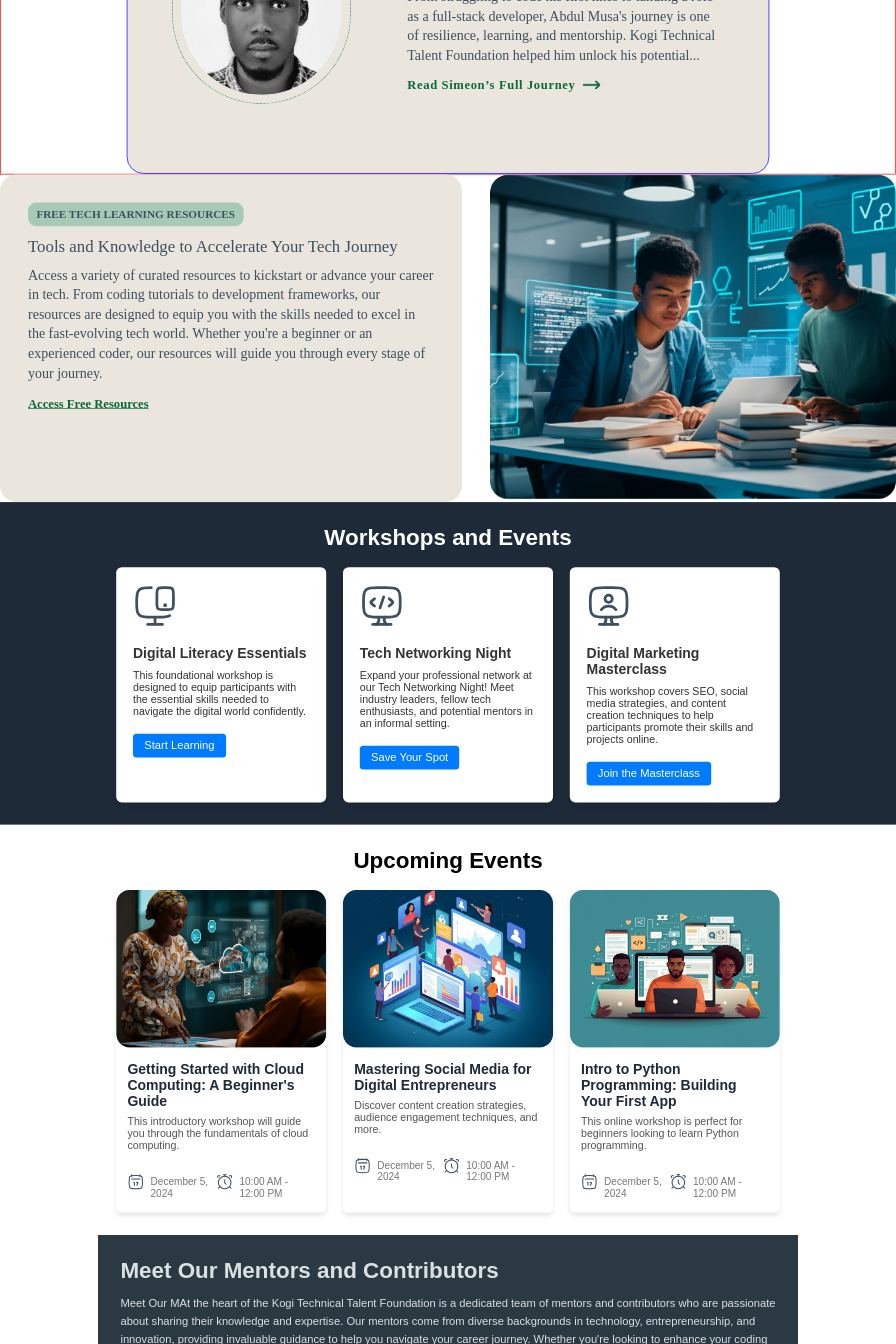
Repository: Cryptim/3MTT-Kogi-Foundation
Page: index.html
These files come from the project's save history. The page is drawn as it stood at one moment and after a run of saves; the edit follows.
The browser window is 1280 px wide. The pictures show the part of the page from y = 825 to 2745 px (the page is 7211 px tall before and 8065 px after), at 70% of full size.

Above is the page before, as saved 2024-11-15 02:25:03.

### index.html
<!DOCTYPE html>
<html lang="en">
  <head>
    <meta charset="UTF-8" />
    <meta name="viewport" content="width=device-width, initial-scale=1.0" />
    <title>Three Million Technical Talent Foundation</title>
    <link rel="stylesheet" href="stlyes/style.css" />
  </head>
  <body>
    <header class="header">
      <div class="logo">
        <img src="assets/images/logo.png" alt="Foundation Logo" />
      </div>
      <nav class="nav">
        <a href="#">Workshops & Events</a>
        <a href="#">Resources/Pathways</a>
        <a href="#">Volunteer</a>
        <a href="#">Contact Us</a>
      </nav>
      <div class="donate-button">
        <button>Donate</button>
      </div>
    </header>
    <!-- Hero sections -->
    <div class="padding hero-section">
      <div class="text-container">
        <h1>Empowering Kogi's Brightest Minds for a Future in Tech</h1>
        <p>
          Are you ready to lead the future of tech? Kogi Technical Talent
          Foundation offers mentorship and cutting-edge resources to help early
          adopters like you grow and innovate.
        </p>
        <div class="explore-button">
          <button>Explore Free Resources</button>
        </div>
      </div>
      <div class="image-container">
        <img
          src="assets/images/Frame 5.png"
          alt="Team working with technology"
        />
        <div class="tag tag-collaborations">Collaborations</div>
        <div class="tag tag-volunteerism">Volunteerism</div>
        <div class="tag tag-mentorship">Mentorship</div>
        <div class="tag tag-empowerment">Empowerment</div>
        <div class="tag tag-free-resources">Free Resources</div>
        <div class="tag tag-partnership">Partnership</div>
      </div>
    </div>
    <!-- Featured Story Section -->
    <div class="padding featuredStoryContainer">
      <div class="featuredStory"
      >
        <div  class="featuredStoryDottedImageLine"
        >
          <img class="featuredStoryImage"
            src="assets/images/Simeon ocheja 1.png"
            alt="Simenon Ocheja"
          />
        </div>
        <div
          style="width: 589px; display: flex; flex-direction: column; gap: 16px"
        >
          <div class="featuredStoryTextContainer"

          >
            <span class="featuredStoryText"

              >Featured Story from Kogi talent</span
            >
          </div>
          <h2 class="featuredStoryName"
          >
            Simenon Ocheja
          </h2>
          <p class="featuredStoryParagraph"
          >
            From struggling to code his first lines to landing a role as a
            full-stack developer, Abdul Musa's journey is one of resilience,
            learning, and mentorship. Kogi Technical Talent Foundation helped
            him unlock his potential...
          </p>
          <div  class="featuredStoryMore">
            <span class="morefeatured"
              >Read Simeon’s Full Journey</span
            >
        <img src="./assets/images/icons/arrow-right-02.png" alt="arrow-right-02">
            </div>
          </div>
        </div>
      </div>
    </div>
    <!-- Free Tech Learning Resources Section -->
    <div style="display: flex; gap: 40px">
      <div
        style="flex: 1; padding: 40px; background: #eae6dd; border-radius: 24px"
      >
        <div
          style="
            padding: 8px 12px;
            background: #a7cab7;
            border-radius: 12px;
            display: inline-block;
          "
        >
          <span
            style="
              color: #3d4f60;
              font-size: 16px;
              font-family: Cascadia Code;
              font-weight: 600;
              text-transform: uppercase;
            "
            >Free Tech Learning Resources</span
          >
        </div>
        <h3
          style="
            color: #3d4f60;
            font-size: 24px;
            font-family: Cascadia Code;
            font-weight: 400;
            margin-top: 16px;
          "
        >
          Tools and Knowledge to Accelerate Your Tech Journey
        </h3>
        <p
          style="
            color: #3d4f60;
            font-size: 20px;
            font-family: Cascadia Code;
            font-weight: 300;
            line-height: 1.4;
            margin-top: 12px;
          "
        >
          Access a variety of curated resources to kickstart or advance your
          career in tech. From coding tutorials to development frameworks, our
          resources are designed to equip you with the skills needed to excel in
          the fast-evolving tech world. Whether you're a beginner or an
          experienced coder, our resources will guide you through every stage of
          your journey.
        </p>
        <a
          href="#"
          style="
            color: #0c6a38;
            font-size: 18px;
            font-family: Cascadia Code;
            font-weight: 700;
            display: inline-block;
            margin-top: 20px;
          "
          >Access Free Resources</a
        >
      </div>
      <div style="flex: 1">
        <img
          style="width: 100%; border-radius: 24px"
          src="assets/images/Resources image 1.png"
          alt="Tech Journey"
        />
      </div>
    </div>
    <!-- workshop section -->
    <section class="workshops-section">
      <h2>Workshops and Events</h2>
      <div class="workshops-container">
        <div class="workshop-card">
          <div class="icon">
            <img
              src="assets/images/computer-phone-sync.svg"
              alt="Digital Literacy Icon"
            />
          </div>
          <h3>Digital Literacy Essentials</h3>
          <p>
            This foundational workshop is designed to equip participants with
            the essential skills needed to navigate the digital world
            confidently.
          </p>
          <button>Start Learning</button>
        </div>
        <div class="workshop-card">
          <div class="icon">
            <img
              src="assets/images/computer-programming-01.svg"
              alt="Networking Icon"
            />
          </div>
          <h3>Tech Networking Night</h3>
          <p>
            Expand your professional network at our Tech Networking Night! Meet
            industry leaders, fellow tech enthusiasts, and potential mentors in
            an informal setting.
          </p>
          <button>Save Your Spot</button>
        </div>
        <div class="workshop-card">
          <div class="icon">
            <img
              src="assets/images/computer-video-call.svg"
              alt="Marketing Icon"
            />
          </div>
          <h3>Digital Marketing Masterclass</h3>
          <p>
            This workshop covers SEO, social media strategies, and content
            creation techniques to help participants promote their skills and
            projects online.
          </p>
          <button>Join the Masterclass</button>
        </div>
      </div>
    </section>
    <!--  Event section-->
    <section class="events-section">
      <h2>Upcoming Events</h2>
      <div class="events-container">
        <div class="event-card">
          <img
            src="assets/images/cloud-african 1.png"
            alt="Cloud Computing Workshop"
          />
          <h3>Getting Started with Cloud Computing: A Beginner's Guide</h3>
          <p>
            This introductory workshop will guide you through the fundamentals
            of cloud computing.
          </p>
          <div class="event-info">
            <span class="event-date"
              ><img
                src="assets/images/calendar-01.svg"
                alt="Calendar Icon"
                class="icon"
              />
              December 5, 2024</span
            >
            <span class="event-time"
              ><img
                src="assets/images/alarm-clock.svg"
                alt="Clock Icon"
                class="icon"
              />
              10:00 AM - 12:00 PM</span
            >
          </div>
        </div>
        <div class="event-card">
          <img
            src="assets/images/digital marketing.png"
            alt="Social Media for Entrepreneurs"
          />
          <h3>Mastering Social Media for Digital Entrepreneurs</h3>
          <p>
            Discover content creation strategies, audience engagement
            techniques, and more.
          </p>
          <div class="event-info">
            <span class="event-date"
              ><img
                src="assets/images/calendar-01.svg"
                alt="Calendar Icon"
                class="icon"
              />
              December 5, 2024</span
            >
            <span class="event-time"
              ><img
                src="assets/images/alarm-clock.svg"
                alt="Clock Icon"
                class="icon"
              />
              10:00 AM - 12:00 PM</span
            >
          </div>
        </div>
        <div class="event-card">
          <img
            src="assets/images/python.png"
            alt="Python Programming Workshop"
          />
          <h3>Intro to Python Programming: Building Your First App</h3>
          <p>
            This online workshop is perfect for beginners looking to learn
            Python programming.
          </p>
          <div class="event-info">
            <span class="event-date"
              ><img
                src="assets/images/calendar-01.svg"
                alt="Calendar Icon"
                class="icon"
              />
              December 5, 2024</span
            >
            <span class="event-time"
              ><img
                src="assets/images/alarm-clock.svg"
                alt="Clock Icon"
                class="icon"
              />
              10:00 AM - 12:00 PM</span
            >
          </div>
        </div>
      </div>
    </section>
    <!-- Mentor section -->
    <section class="mentors-section">
      <h2>Meet Our Mentors and Contributors</h2>
      <p>
        Meet Our MAt the heart of the Kogi Technical Talent Foundation is a
        dedicated team of mentors and contributors who are passionate about
        sharing their knowledge and expertise. Our mentors come from diverse
        backgrounds in technology, entrepreneurship, and innovation, providing
        invaluable guidance to help you navigate your career journey. Whether
        you're looking to enhance your coding skills, explore new fields like
        digital marketing, or get advice on launching your own tech startup, our
        mentors are here to support you.
      </p>
      <a href="#" class="explore-link">Explore Our Mentor’s Profile →</a>
      <div class="mentors-container">
        <div class="mentor-card">
          <img src="assets/images/Frame 19.png" alt="Omachoko Arome" />
          <h3>Omachoko Arome</h3>
        </div>
        <div class="mentor-card">
          <img src="assets/images/Frame 20.png" alt="Marian Musa" />
          <h3>Marian Musa</h3>
        </div>
        <div class="mentor-card">
          <img src="assets/images/Frame 21.png" alt="Ismaila Omeiza" />
          <h3>Ismaila Omeiza</h3>
        </div>
        <div class="mentor-card">
          <img src="assets/images/Frame 22.png" alt="Timothy Ignatius" />
          <h3>Timothy Ignatius</h3>
        </div>
      </div>
    </section>
    <!-- Footer -->
    <section>
      <div class="Partners">
        <div class="OurPartners">Our Partners</div>
        <div class="Frame23">
          <div class="NitdaLogo">
            <img
              class="NitdaLogoNewest1RemovebgPreview"
              style="width: 232.86px; height: 113.82px"
              src="https://via.placeholder.com/233x114"
            />
          </div>
          <div class="NitdaLogo">
            <img
              class="MttRemovebgPreview"
              style="width: 232.86px; height: 113.82px"
              src="https://via.placeholder.com/233x114"
            />
          </div>
          <div class="NitdaLogo">
            <img
              class="KogiLogo"
              style="width: 232.86px; height: 113.82px"
              src="https://via.placeholder.com/233x114"
            />
          </div>
          <div class="NitdaLogo">
            <img
              class="MistLogoRemovebgPreview"
              style="width: 232.86px; height: 113.82px"
              src="https://via.placeholder.com/233x114"
            />
          </div>
        </div>
      </div>

      <div class="Footer">
        <div class="Frame24">
          <img class="KogiLogo1" src="https://via.placeholder.com/78x78" />
          <div class="EmpoweringKogiSBrightestMindsForAFutureInTech">
            Empowering Kogi's Brightest Minds for a Future in Tech
          </div>
        </div>

        <div class="NavigataionMenu">
          <div class="Workshops">
            <div class="QuickLinks">Quick Links</div>
          </div>
          <div class="Workshops">
            <div class="WorkshopsEvents">Workshops & Events</div>
          </div>
          <div class="Resources">
            <div class="ResourcesPathways">Resources/Pathways</div>
          </div>
          <div class="Volunteer">
            <div>Volunteer</div>
          </div>
          <div class="ContactUs">
            <div>Contact Us</div>
          </div>
        </div>

        <div class="Frame25">
          <div class="Donate">
            <div>Donate Now</div>
          </div>
          <div class="ContactUs">
            <div class="ConnectWithUs">Connect with Us</div>
          </div>
          <div class="Frame26">
            <div class="Facebook02">
              <div class="Vector"></div>
            </div>
            <div class="NewTwitter">
              <div class="Vector"></div>
            </div>
            <div class="Linkedin02">
              <div class="Vector"></div>
              <div class="Vector"></div>
              <div class="Vector"></div>
            </div>
            <div class="Instagram">
              <div class="Vector"></div>
              <div class="Vector"></div>
              <div class="Vector"></div>
            </div>
          </div>
        </div>
      </div>

      <div class="Frame27">
        <div
          class="AllRightsReserved3mttFellowBiweeklyBuildWithAFellowChallenge2024"
        >
          All rights reserved 3MTT Fellow Biweekly Build With a Fellow Challenge
          ©2024
        </div>
      </div>
    </section>
  </body>
</html>

Loaded but not shown: stlyes/style.css (819 lines, source omitted)

After the next 2 saves:
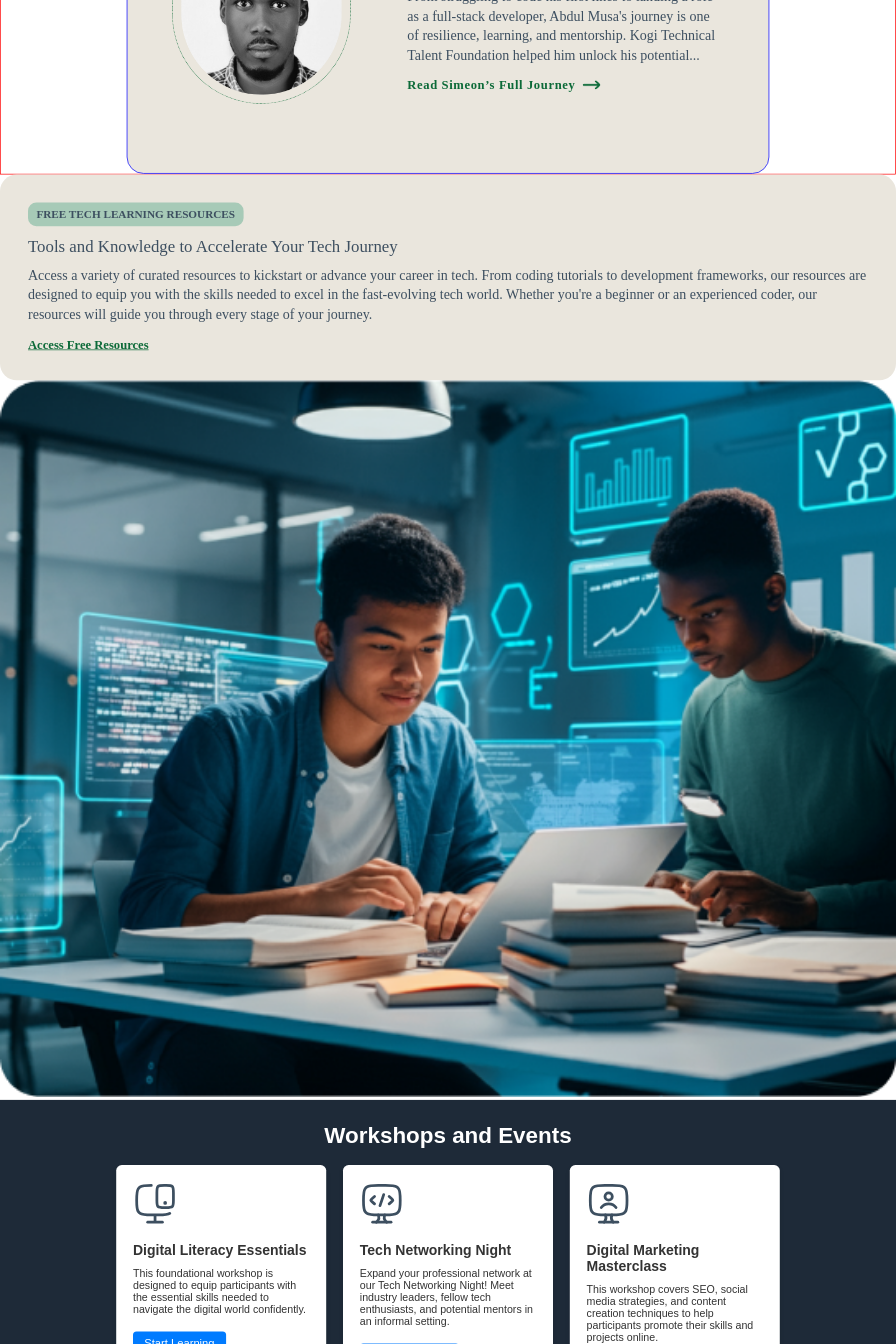
The 2 saves are shown as one change because they came seconds apart.
The last was saved 48 s later.
--- a/index.html
+++ b/index.html
@@ -91,7 +91,7 @@
       </div>
     </div>
     <!-- Free Tech Learning Resources Section -->
-    <div style="display: flex; gap: 40px">
+    <div class="display: flex; gap: 40px">
       <div
         style="flex: 1; padding: 40px; background: #eae6dd; border-radius: 24px"
       >

After the 2 saves that followed:
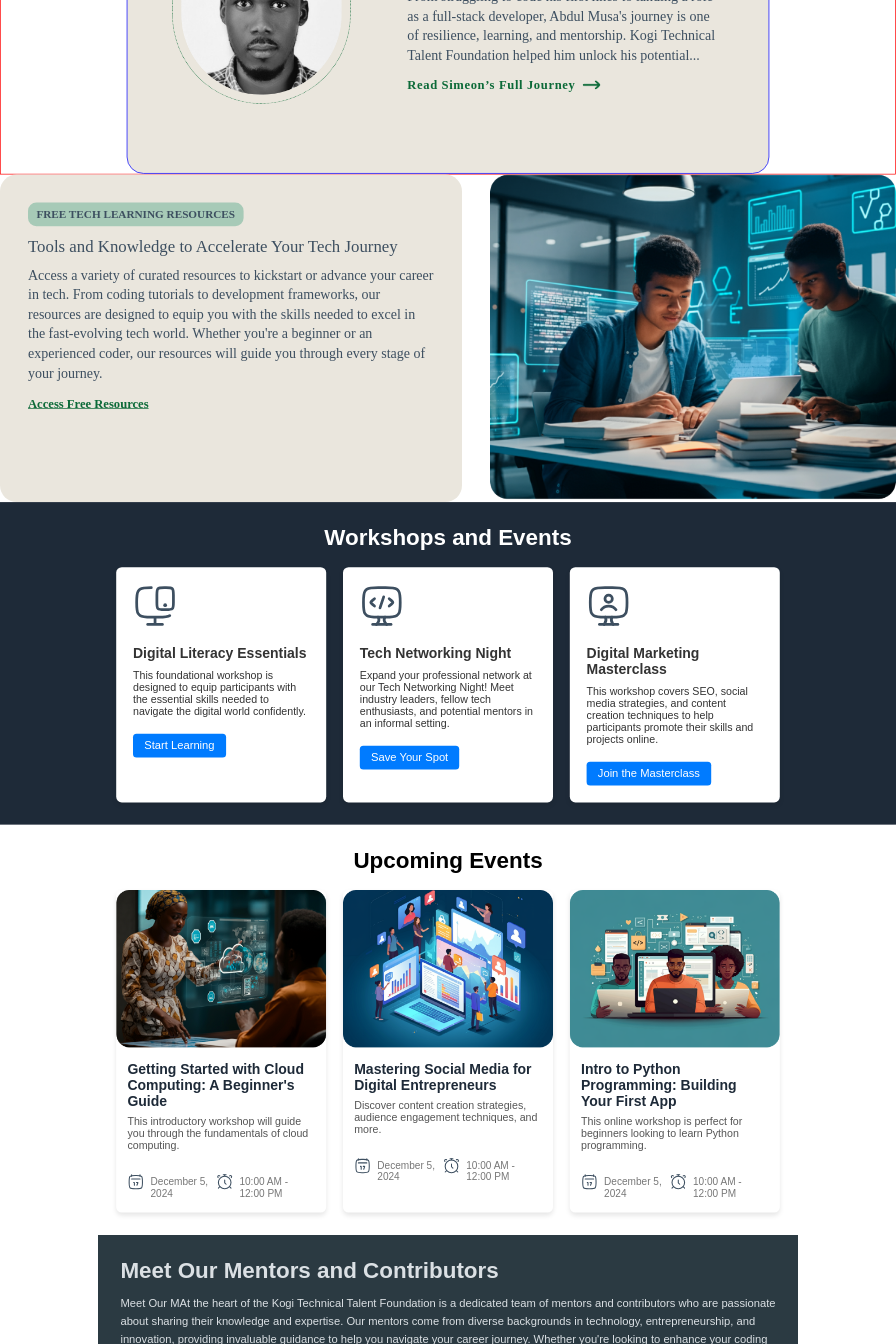
The 2 saves are shown as one change because they came seconds apart.
The last was saved 6 s later.
--- a/index.html
+++ b/index.html
@@ -91,7 +91,7 @@
       </div>
     </div>
     <!-- Free Tech Learning Resources Section -->
-    <div class="display: flex; gap: 40px">
+    <div   style="display: flex; gap: 40px">
       <div
         style="flex: 1; padding: 40px; background: #eae6dd; border-radius: 24px"
       >
